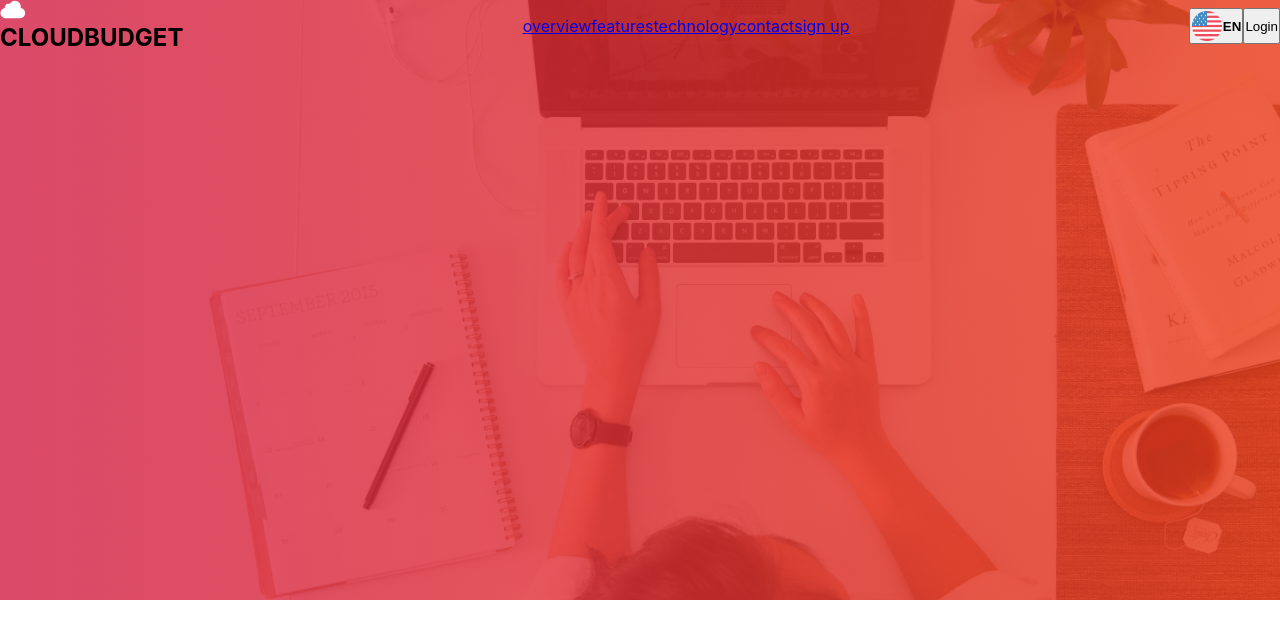
Repository: Ola-22/cloudBudget
Page: /
These files come from the project's save history. The page is drawn as it stood at one moment and after the next save; the edit follows.
The browser window is 1280 px wide. The pictures show the whole page.
The project was rebuilt for these pictures with package versions that can differ from the ones it lists, and the page was loaded fresh each time.

Above is the page before, as saved 2021-09-12 15:32:19.

### src/App.js
import "./App.css";
import Navbar from "./Components/Navbar";

function App() {
  return (
    <div className="App">
      <div
        className="app-main"
        style={{
          backgroundImage:
            "linear-gradient(90deg, rgba(213, 32, 71, 0.8) 0%, rgba(238, 61, 27, 0.8) 100%),url(/bg.png)",
          height: "600px",
        }}
      >
        <Navbar />
      </div>
    </div>
  );
}

export default App;

### src/App.css
*{
  margin: 0;
  padding: 0;
  box-sizing: border-box;
}

.app-main{
  height: 600px;
  background-position: center;
  background-repeat: no-repeat;
  background-size: cover;
  position: relative;
}

### src/Components/Navbar/index.jsx
import "./style.scss";
// import {Link} from "react-router-dom"
import { Link, BrowserRouter as Router } from "react-router-dom";

function Navbar() {
  return (
    <div className="nav-main">
      <div className="nav-box">
        <img src="/Vector.png" alt="" />
        <h2>CLOUDBUDGET</h2>
      </div>
      <Router>
        <nav>
          <Link to="/">overview</Link>
          <Link to="/">features</Link>
          <Link to="/">technology</Link>
          <Link to="/">contact</Link>
          <Link to="/">sign up</Link>
        </nav>
      </Router>
      <div style={{ display: "flex" }}>
        <button style={{ display: "flex", alignItems: "center" }}>
          <img src="/flag.png" alt="" />
          <h4>EN</h4>
        </button>
        <button>Login</button>
      </div>
    </div>
  );
}

export default Navbar;

### src/Components/Navbar/style.scss
.nav-main{
  display: flex;
  align-items: center;
  justify-content: space-between;
  &:first-of-type{
    display: flex;
  }
}

Loaded but not shown: public/index.html (common file); src/index.js (common file); src/index.css (common file); src/reportWebVitals.js (common file)

After the next save:
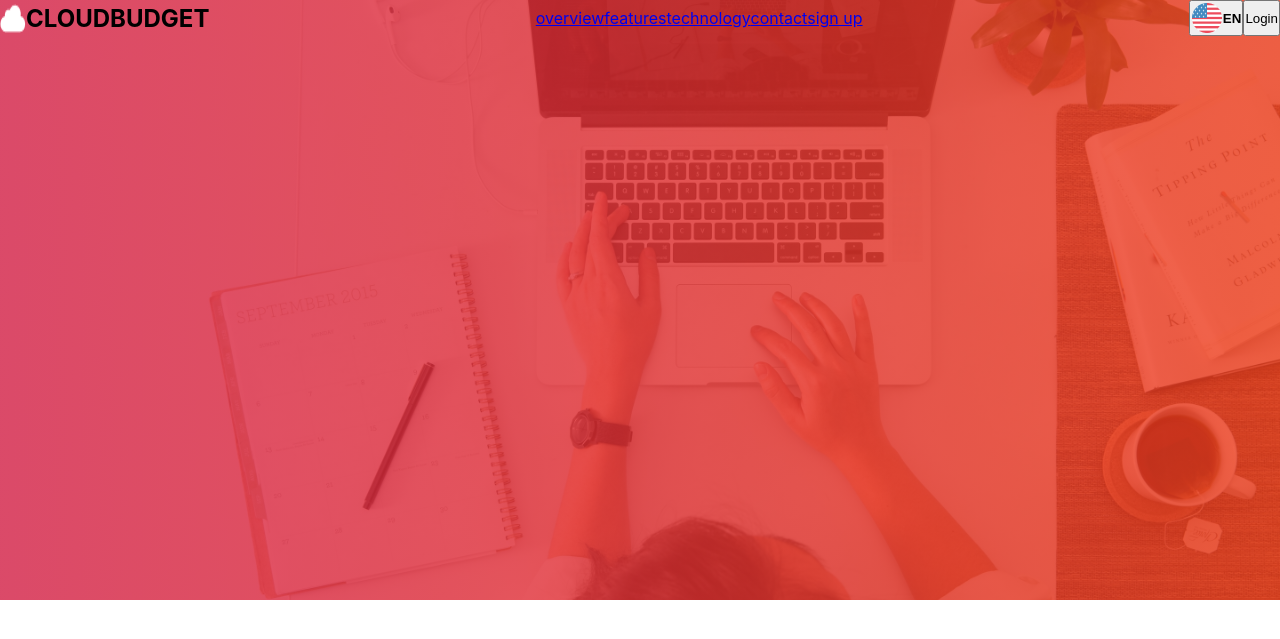
Saved 10 s later.
--- a/src/Components/Navbar/style.scss
+++ b/src/Components/Navbar/style.scss
@@ -6,3 +6,7 @@
     display: flex;
   }
 }
+
+.nav-box{
+  display: flex;
+}
